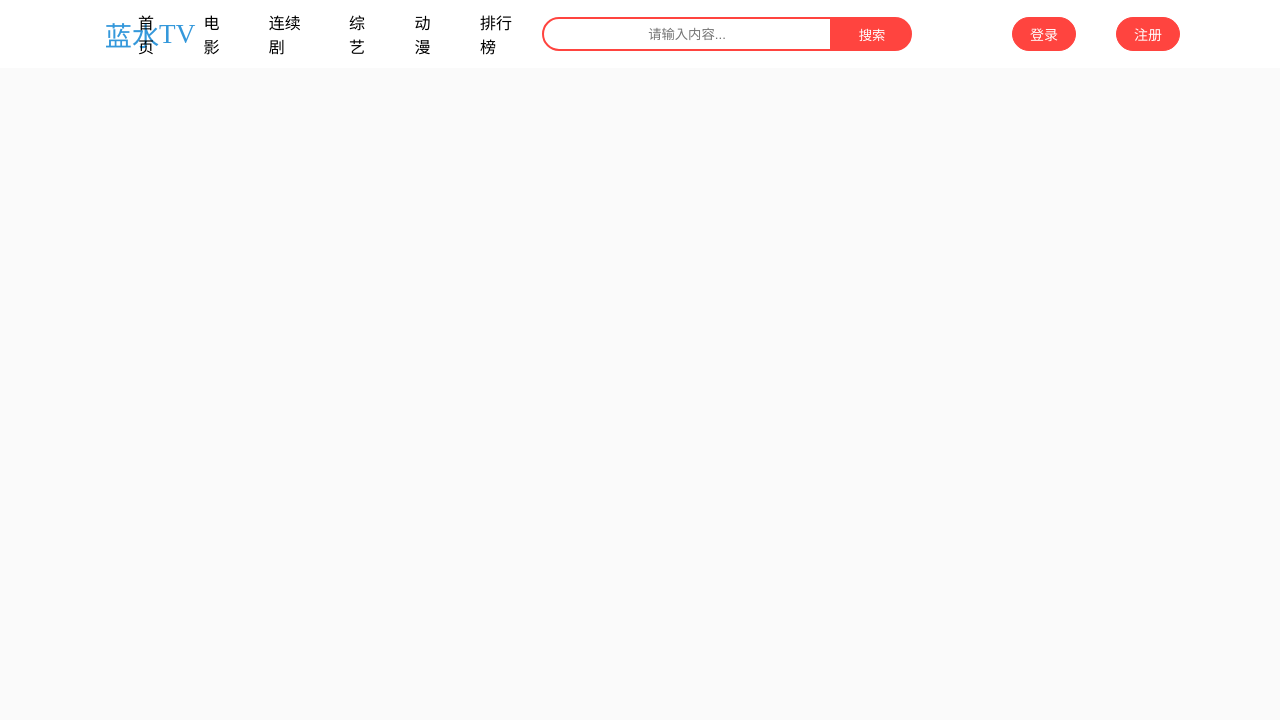
Repository: 842992406/blueWaterTV
Page: index.html
An editor plug-in stored every save of this project. The page is shown before and after the next save, followed by the edit.
The browser window is 1280 px wide. The pictures show the whole page.

Above is the page before, as saved 2022-05-05 16:14:52.

### index.html
<!DOCTYPE html>
<html lang="en">

<head>
  <meta charset="UTF-8">
  <meta http-equiv="X-UA-Compatible" content="IE=edge">
  <meta name="viewport" content="width=device-width, initial-scale=1.0">
  <title>蓝水TV</title>
  <link rel="stylesheet" href="./css/index.css">
</head>

<body>
  <!-- 头界面 -->
  <header>
    <!-- logo -->
    <div class="logo">
      <ul>
        <li>蓝</li>
        <li>水</li>
        <li>TV</li>
      </ul>
    </div>
    <!-- 导航栏 -->
    <div class="changeBox">
      <ul>
        <li>首页</li>
        <li>电影</li>
        <li>连续剧</li>
        <li>综艺</li>
        <li>动漫</li>
        <li>排行榜</li>
      </ul>
    </div>
    <div class="search">
      <input type="text" name="" id="input" placeholder="请输入内容..." onfocus="this.placeholder=''"
        onblur="this.placeholder='请输入内容...'">
      <button type="submit">搜索</button>
    </div>
    <!-- 登录注册按钮 -->
    <div class="userLogin">
      <button type="submit">登录</button>
      <button type="submit">注册</button>
    </div>
  </header>
  <!-- 主界面 -->
  <main></main>
  <!-- 脚页面 -->
  <footer></footer>
</body>

</html>

### css/index.css
*{
  padding: 0;
  margin: 0;
  box-sizing: border-box;
}

body{
  width: 100vw;
  height: 100vh;
  background-color: rgb(250, 250, 250);
}

/* 所有的 li 的前面的点都去掉 */
li{
  list-style: none;
}

header{
  width: 100vw;
  height: 68px;
  background-color: rgb(255, 255, 255);
  display: flex;
  padding:0 80px;
  justify-content: space-between;
}

.logo>ul{
  width: 100px;
  height: 100%;
  display: flex;
  font-size: 1.7em;
  justify-content: center;
  align-items: center;
  margin-left: 20px;
  color: #3498db;
  /* 鼠标变为小手 */
  cursor: pointer;
}

.logo>ul li {
  transition: 1s;
}
/* logo的第一个单词 */
.logo>ul>li:nth-of-type(1):hover{
  transform: rotate(360deg);
  color: aqua;
}
/* logo的第二个单词 */
.logo>ul>li:nth-of-type(2):hover{
  transform: scale(1.2);
  color: #f1c40f;
}
/* logo的第三个单词 */
.logo>ul>li:nth-of-type(3):hover{
  transform: rotate(360deg);
  color: #60a3bc;
}

/* 导航栏 */
.changeBox{
  width: 440px;
  height: 100%;
  display: flex;
  transform: translateX(-80px);
}

.changeBox>ul{
  display: flex;
  justify-content: center;
  align-items: center;
}

.changeBox>ul li{
  margin: 0 18px;
  cursor: pointer;
}

.changeBox>ul li:hover{
  color: #e67e22;
  border-bottom: 2px solid #e67e22;
}

.search{
  width: 380px;
  height: 100%;
  display: flex;
  justify-content: center;
  align-items: center;
  transform: translateX(-80px);
}

.search #input{
  width: 290px;
  height: 50%;
  border-radius: 25px 0 0 25px;
    /* 去掉焦点之后的边框 */
  outline: none;
  border: 2px solid rgb(255, 68, 63);
  text-align: center;
}

.search button{
  height: 50%;
  width: 80px;
  color: white;
  background-color: rgb(255, 68, 63);
  border-radius: 0 25px 25px 0;
  border: 2px solid rgb(255, 68, 63);
  /* 去掉点击的边框 */
  outline: none;
  cursor: pointer;
}

.userLogin {
  display: flex;
  justify-content: flex-end;
  align-items: center;
}

.userLogin button{
  height: 50%;
  width: 64px;
  padding: 0 15px;
  margin: 0 20px;
  border-radius: 20px;
  font-size: 14px;
  /* 去掉点击之后的黑色边框 */
  outline: none;
  background-color: rgb(255, 68, 63);
  color: white;
  border: 1px solid rgb(255, 68, 63);
  cursor: pointer;
  transition: .5s;
}

.userLogin button:hover{
  transform: scale(1.2);
}

After the next save:
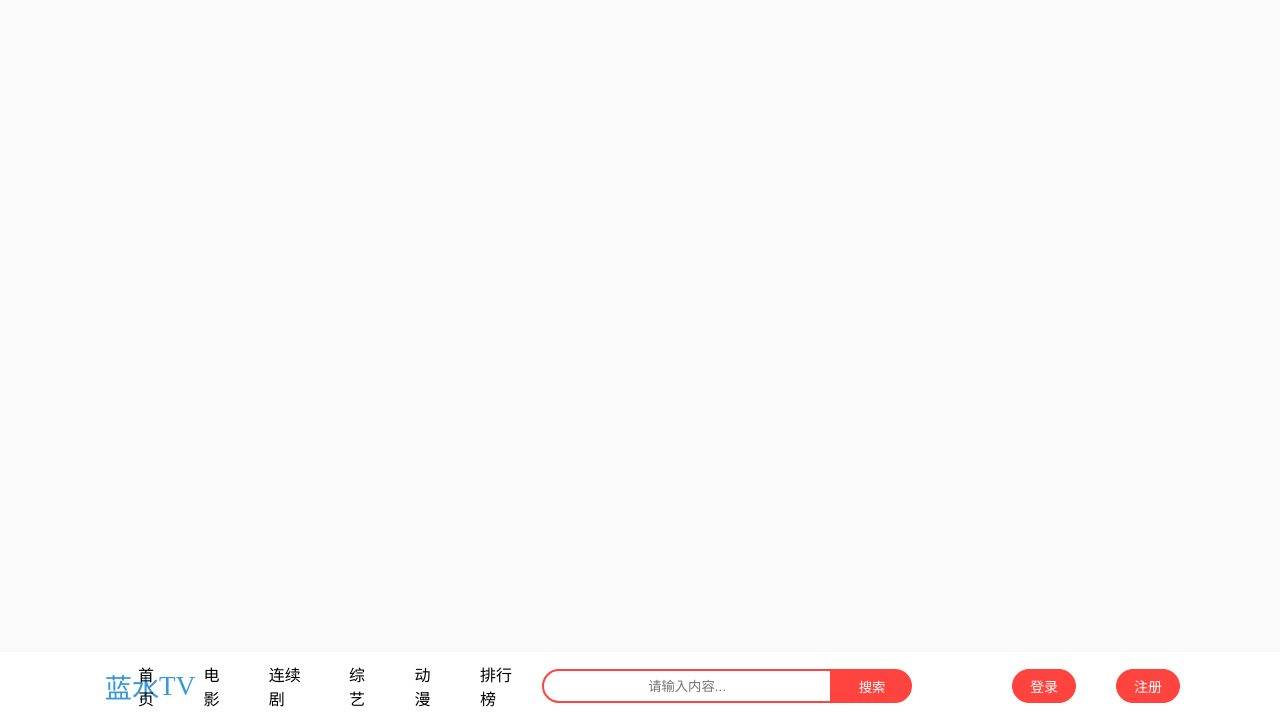
Saved 112 s later.
--- a/css/index.css
+++ b/css/index.css
@@ -16,6 +16,9 @@
 }
 
 header{
+  position:fixed;
+  right:0;
+  bottom:0;
   width: 100vw;
   height: 68px;
   background-color: rgb(255, 255, 255);

After the save that followed:
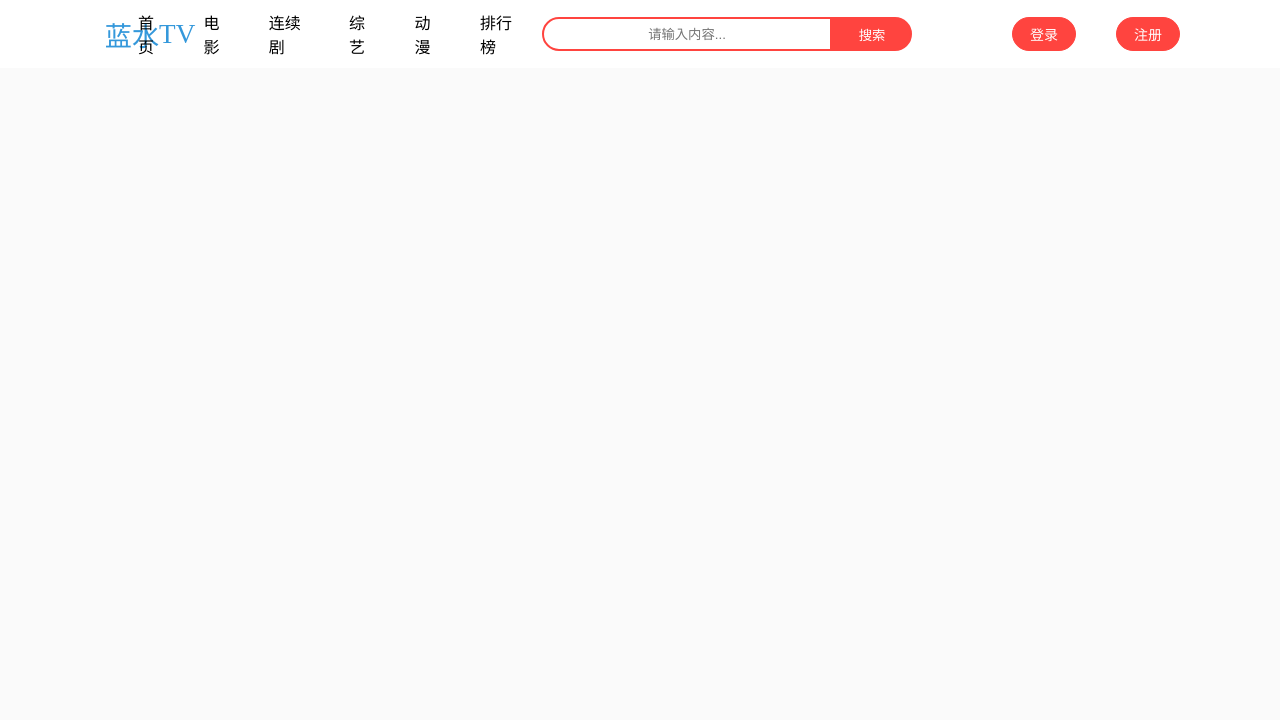
Saved 14 s later.
--- a/css/index.css
+++ b/css/index.css
@@ -18,7 +18,7 @@
 header{
   position:fixed;
   right:0;
-  bottom:0;
+  top:0;
   width: 100vw;
   height: 68px;
   background-color: rgb(255, 255, 255);
